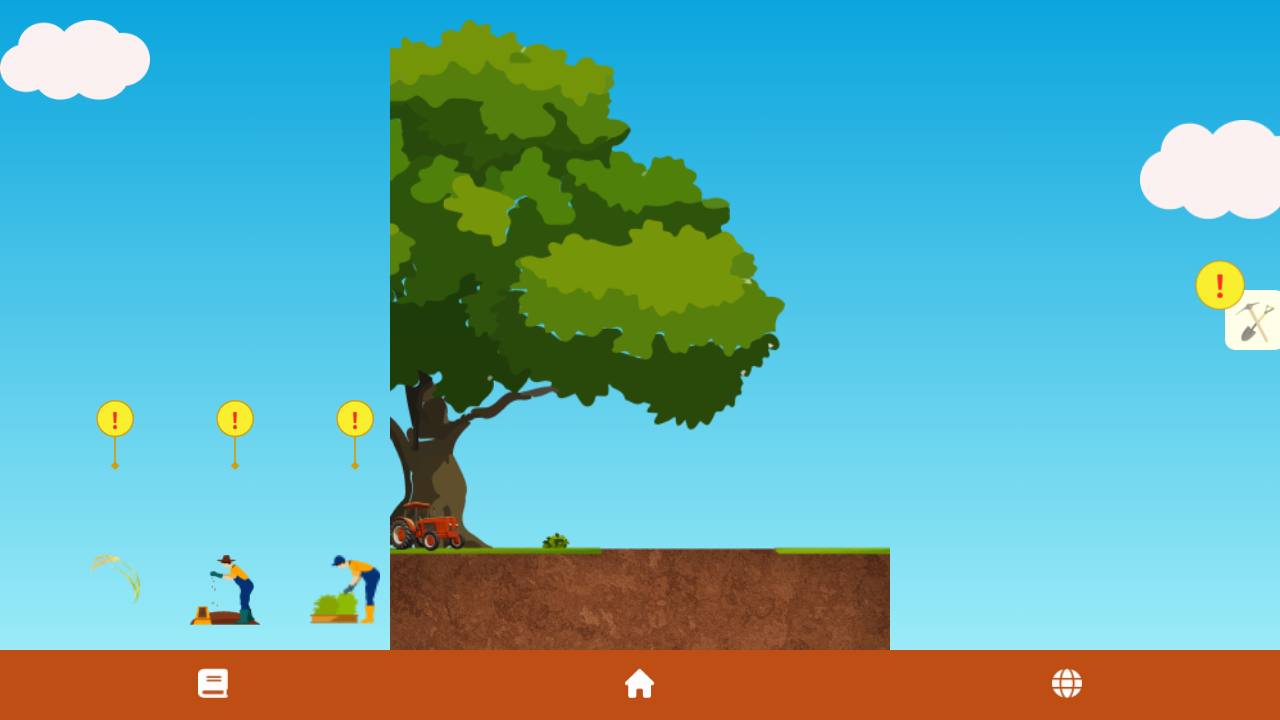
Repository: kobuchisouta/kome-app
Page: /
These files come from the project's save history. The page is drawn as it stood at one moment and after the next save; the edit follows.
The browser window is 1280 px wide. The pictures show the whole page.
The project was rebuilt for these pictures with package versions that can differ from the ones it lists, and the page was loaded fresh each time. The framework's server and built-in components were replaced by stand-ins that run in the browser. Also part of the build but not shown: next.config.ts.

Above is the page before, as saved 2025-01-29 11:17:36.

After the next save:
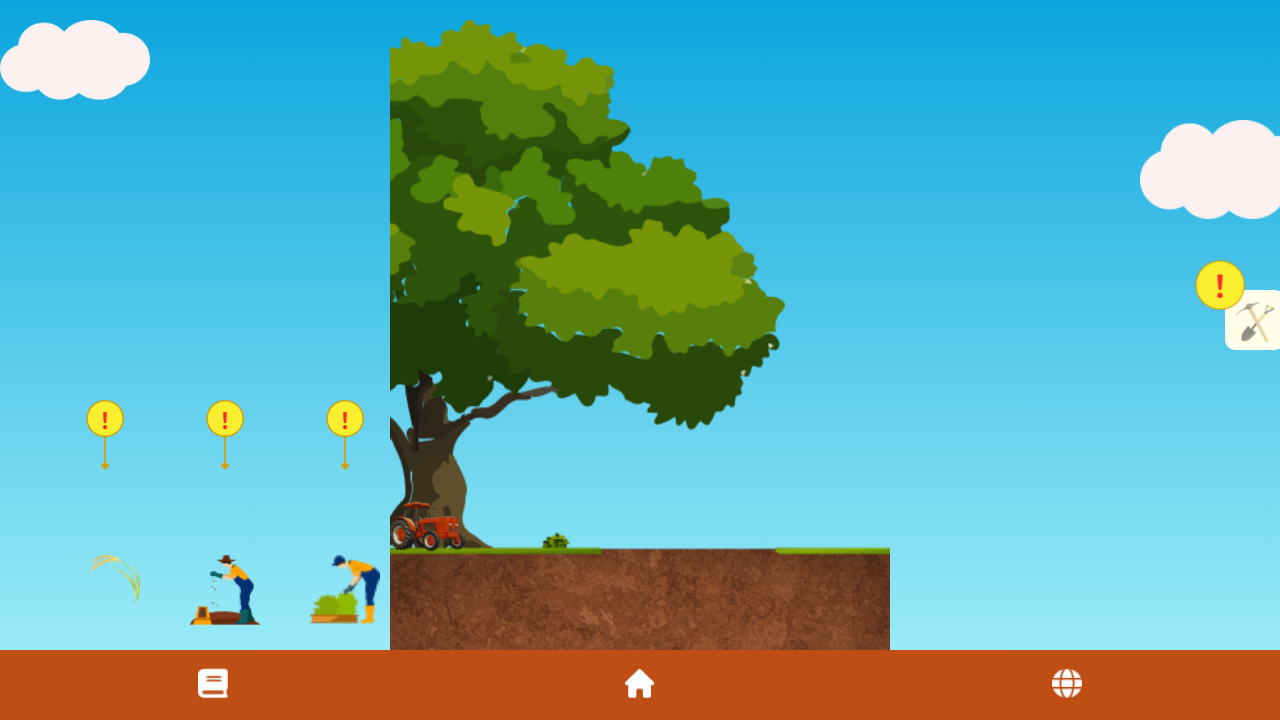
Saved 4 s later.
--- a/src/app/page.module.css
+++ b/src/app/page.module.css
@@ -58,7 +58,7 @@
 	.stagePick {
 		position: absolute;
 		bottom: 220px;
-		left: 80px;
+		left: 70px;
 		display: flex;
 		gap: 20px;
 		align-items: flex-end;
